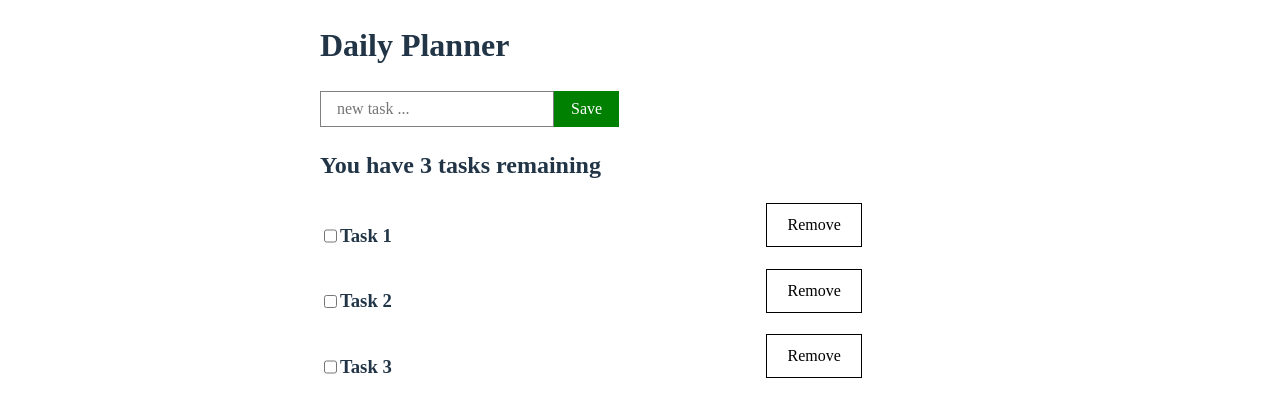
Repository: SamanthaYan298/my_planner
Page: /
These files come from the project's save history. The page is drawn as it stood at one moment and after the next save; the edit follows.
The browser window is 1280 px wide. The pictures show the whole page.
The project was rebuilt for these pictures with package versions that can differ from the ones it lists, and the page was loaded fresh each time. Also part of the build but not shown: vite.config.js.

Above is the page before, as saved 2024-10-08 00:43:02.

After the next save:
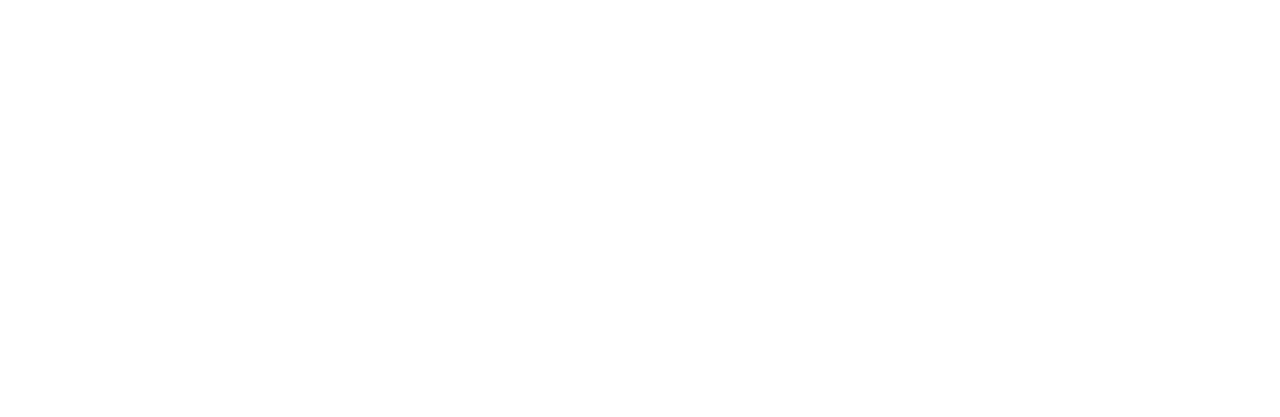
Console error: ReferenceError: handleChange is not defined
Saved 97 s later.
--- a/src/App.jsx
+++ b/src/App.jsx
@@ -23,6 +23,7 @@
 
   const [tasks, setTasks] = useState(""); // hold the current list of tasks and update the tasks.
   const [addTask, setAddTask] = useState(data);
+  const currentTasks =
 
   function handleChange(e) {
     setTasks(e.target.value);

After the 4 saves that followed:
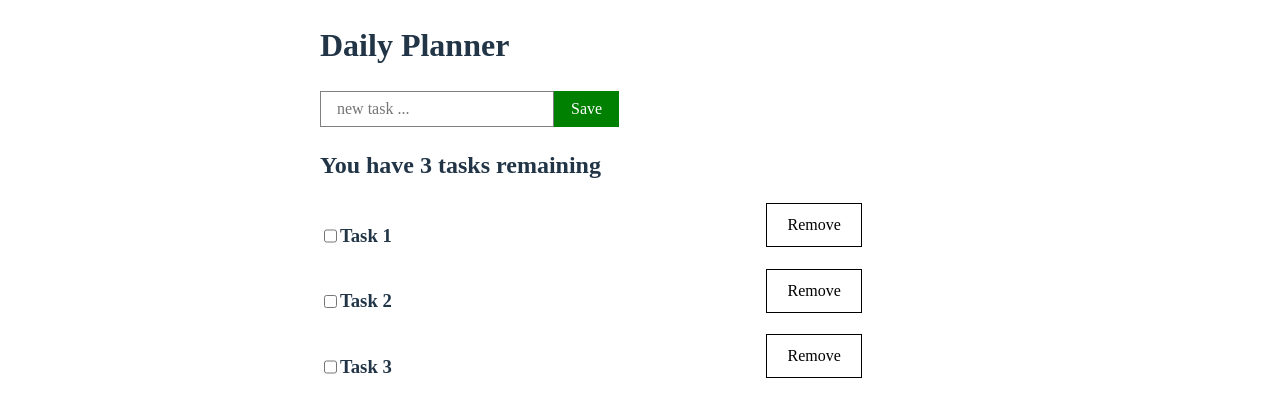
The error is gone.
The 4 saves are shown as one change because 3 left the picture as it was.
The last was saved 106 s later.
--- a/src/App.jsx
+++ b/src/App.jsx
@@ -23,7 +23,7 @@
 
   const [tasks, setTasks] = useState(""); // hold the current list of tasks and update the tasks.
   const [addTask, setAddTask] = useState(data);
-  const currentTasks =
+  const currentTasks = addTask.filter((task => !task.checked)).length;
 
   function handleChange(e) {
     setTasks(e.target.value);
@@ -62,7 +62,7 @@
           />
           <button className='form-btn'>Save</button>
         </form>
-        <h2>You have {addTask.length} tasks remaining</h2>
+        <h2>You have {currentTasks} tasks remaining</h2>
         <div>
           {addTask.map(task => (
             <div className='task-list' key={task.id}>
